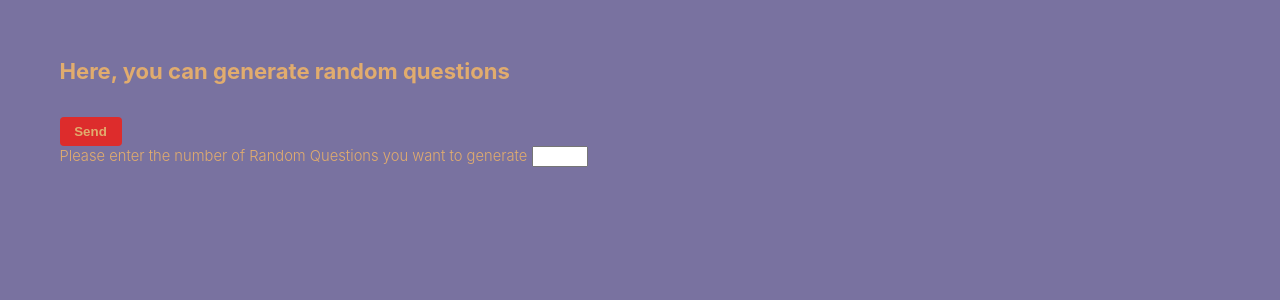
Repository: navid-amini12/capstone-1
Page: randomQuestion.html
An editor plug-in stored every save of this project. The page is shown before and after the next save, followed by the edit.
The browser window is 1280 px wide. The pictures show the whole page.
Some web fonts or font styles are not loaded; a fallback is used.

Above is the page before, as saved 2022-05-20 15:53:01.

### randomQuestion.html

<head>
    <link rel="stylesheet" href="quiz.css">
    </head>

<article class="l-design-widht">
    <h1>Here, you can generate random questions</h1>
      <div class="button-group">
        <button id = button >Send</button>
      </div>
    </div>
    <form>
        <label for="quantity">Please enter the number of Random Questions you want to generate </label>
        <input type="number" id="quantity" name="quantity" min="0" max="20">
      </form>

    <body class="container">

      <ul id="people" class=""></ul>

      <script src="https://unpkg.com/axios/dist/axios.min.js"></script>
      <script>
        document.getElementById("button").onclick = function () {
          axios
            .get("http://localhost:4000/api/quest")
            .then(function (response) {
              const data = response.data;
              document.getElementById("people").innerHTML = data
                .map(function (person) {
                  return '<li class="row">' + person;
                })
                .join("");
            })
            .catch(function (err) {
              document.getElementById("people").innerHTML =
                '<li class="text-danger">' + err.message + "</li>";
            });
        };
      </script>

### quiz.css
@import url('https://rsms.me/inter/inter.css');

:root {
  --color-light: rgb(121, 114, 160);
  --color-dark: #e1ac6e;
  --color-signal: #dd2c2c;

  --color-background: var(--color-light);
  --color-text: var(--color-dark);
  --color-accent: var(--color-signal);

  --size-bezel: .5rem;
  --size-radius: 4px;

  line-height: 1.4;

  font-family: 'Inter', sans-serif;
  font-size: calc(.6rem + .4vw);
  color: var(--color-text);
  background: var(--color-background);
  font-weight: 300;
  padding: 0 calc(var(--size-bezel) * 3);
}





.card {
  background: var(--color-background);
  padding: calc(4 * var(--size-bezel));
  margin-top: calc(4 * var(--size-bezel));
  border-radius: var(--size-radius);
  border: 3px solid var(--color-shadow, currentColor);
  box-shadow: .5rem .5rem 0 var(--color-shadow, currentColor);




}


.l-design-widht {
  max-width: 40rem;
  padding: 2rem;
}

.input {
  position: relative;
}
.button-group {
  margin-top: 30px
}
button {
  color: currentColor;
  padding: var(--size-bezel) calc(var(--size-bezel) * 2);
  background: var(--color-accent);
  border: none;
  border-radius: var(--size-radius);
  font-weight: 900;
}


.icon {
  display: inline-block;
  height: 0em;
  margin-right: .5em;
}

After the next save:
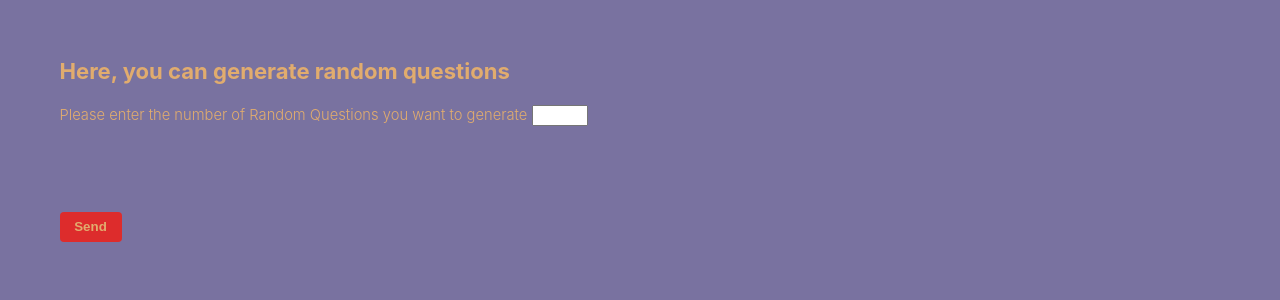
Saved 26 s later.
--- a/randomQuestion.html
+++ b/randomQuestion.html
@@ -5,15 +5,17 @@
 
 <article class="l-design-widht">
     <h1>Here, you can generate random questions</h1>
-      <div class="button-group">
-        <button id = button >Send</button>
-      </div>
+
     </div>
     <form>
         <label for="quantity">Please enter the number of Random Questions you want to generate </label>
         <input type="number" id="quantity" name="quantity" min="0" max="20">
       </form>
 
+       <br> <br>
+       <div class="button-group">
+        <button id = button >Send</button>
+      </div>
     <body class="container">
 
       <ul id="people" class=""></ul>
